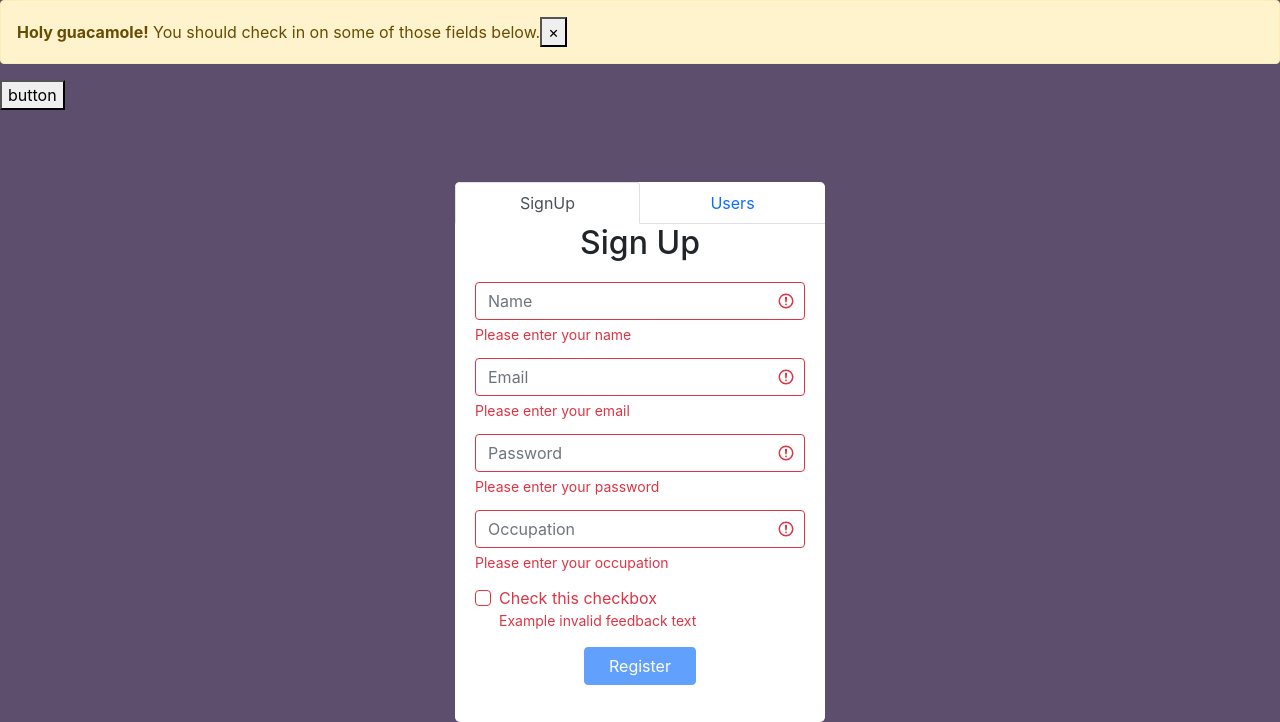
Repository: asadalibest1/SignUp-from
Page: /
The author's editor kept a copy of each file at every save. The page is drawn from the files as they stood at one save, then again after the next save.
The browser window is 1280 px wide. The pictures show the whole page.
The project was rebuilt for these pictures with package versions that can differ from the ones it lists, and the page was loaded fresh each time.

Above is the page before, as saved 2021-02-08 23:01:02.

After the next save:
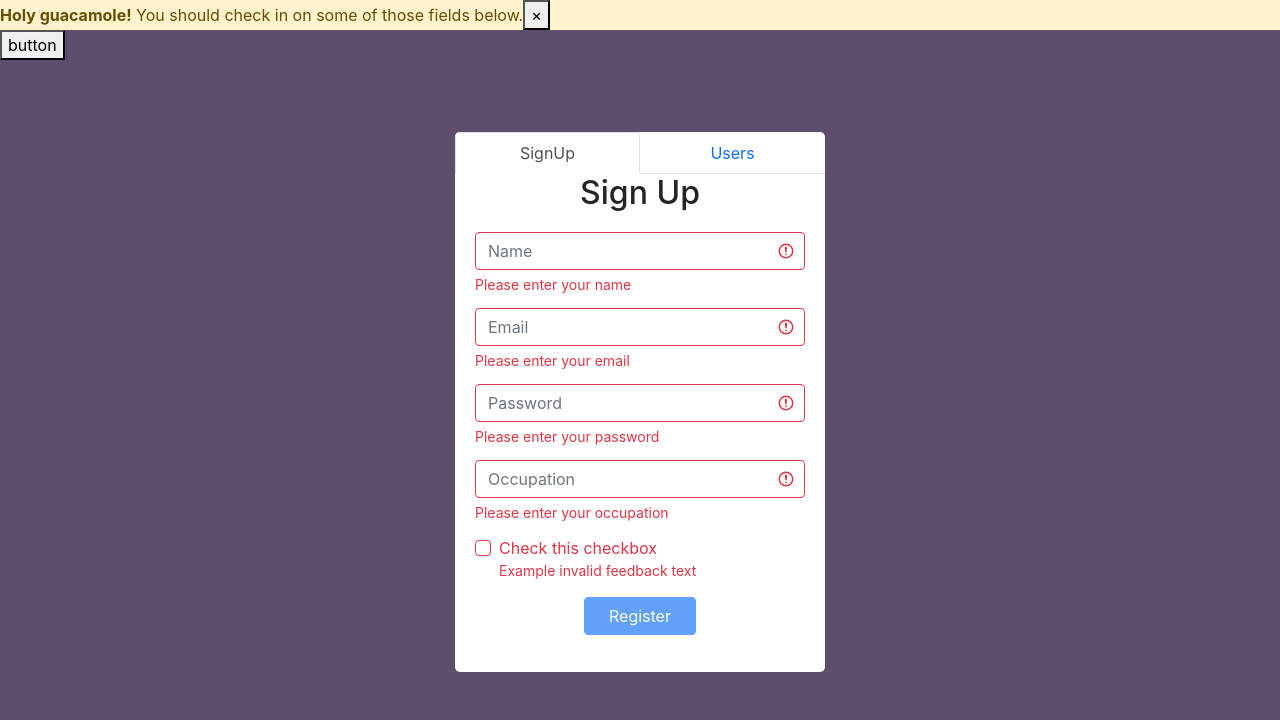
Saved 35 s later.
--- a/src/components/App1/App1.js
+++ b/src/components/App1/App1.js
@@ -11,13 +11,13 @@
     }
     return (
         <div>
-            <div class="alert alert-warning alert-dismissible fade show" role="alert">
+            <div class="alertea alert-warning alert-dismissible fade show" role="alert">
                 <strong>Holy guacamole!</strong> You should check in on some of those fields below.
-                        <button type="button" class="close" data-dismiss="alert" aria-label="Close">
+                        <button type="button" class="close" onClick={Chnage} data-dismiss="alert" aria-label="Close">
                     <span aria-hidden="true">&times;</span>
                 </button>
             </div>
-            <button onClick={Chnage}>button</button>
+            <button >button</button>
             <Tabs />
         </div>
     )

After the save that followed:
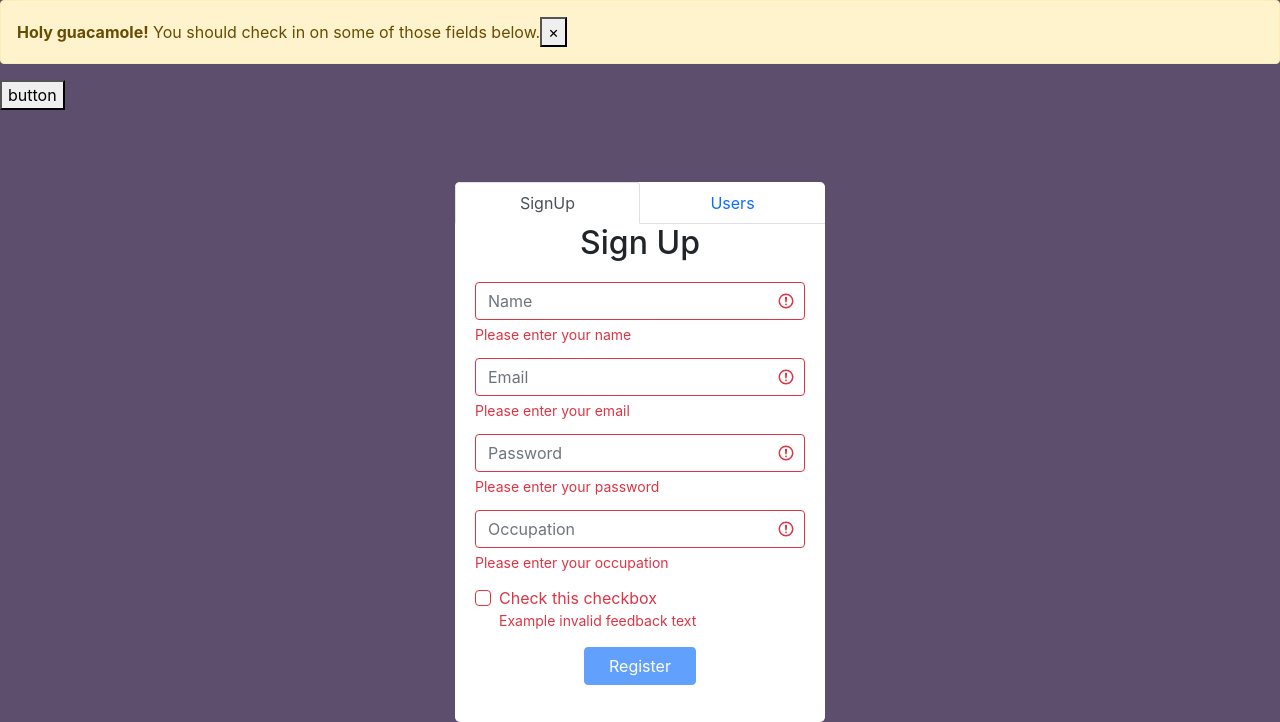
Saved 16 s later.
--- a/src/components/App1/App1.js
+++ b/src/components/App1/App1.js
@@ -11,7 +11,7 @@
     }
     return (
         <div>
-            <div class="alertea alert-warning alert-dismissible fade show" role="alert">
+            <div class="alertea alert alert-warning alert-dismissible fade show" role="alert">
                 <strong>Holy guacamole!</strong> You should check in on some of those fields below.
                         <button type="button" class="close" onClick={Chnage} data-dismiss="alert" aria-label="Close">
                     <span aria-hidden="true">&times;</span>
